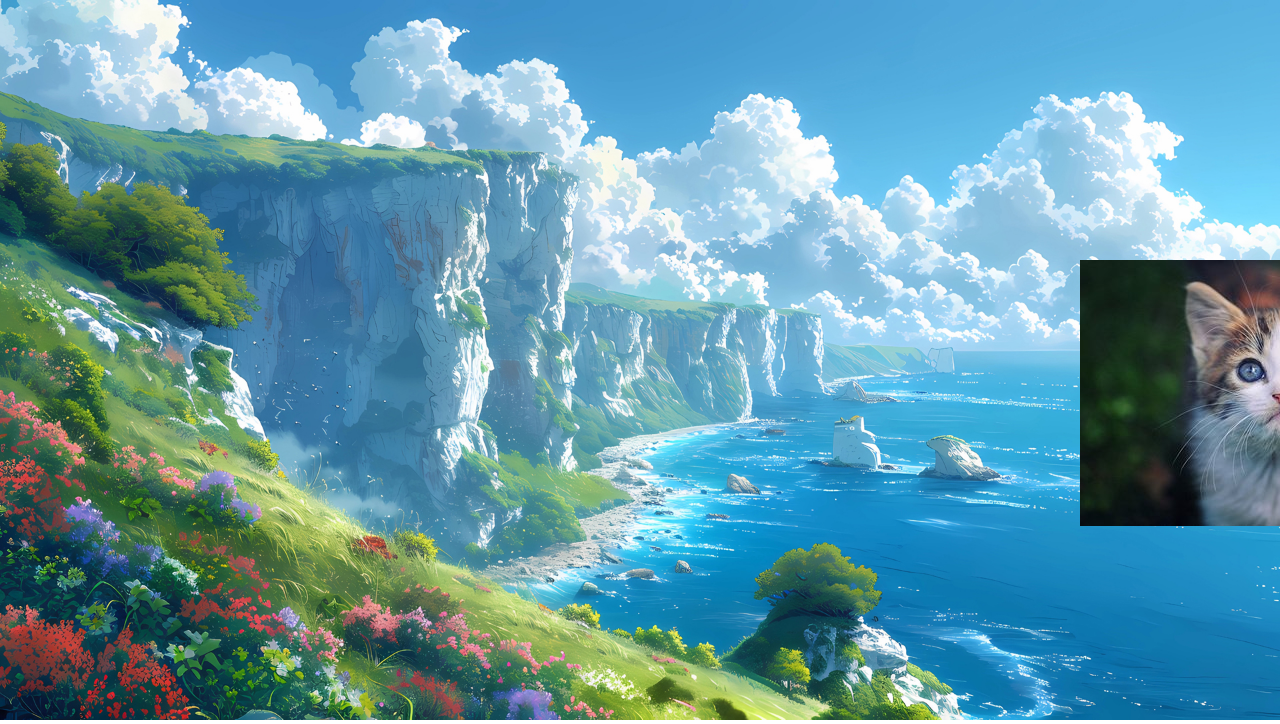
Repository: taoxiaofeng/hello-javascript
Page: master-class/position.html
The author's editor kept a copy of each file at every save. The page is drawn from the files as they stood at one save, then again after the next save.
The browser window is 1280 px wide. The pictures show the whole page.

Above is the page before, as saved 2024-07-29 21:57:47.

After the next save:
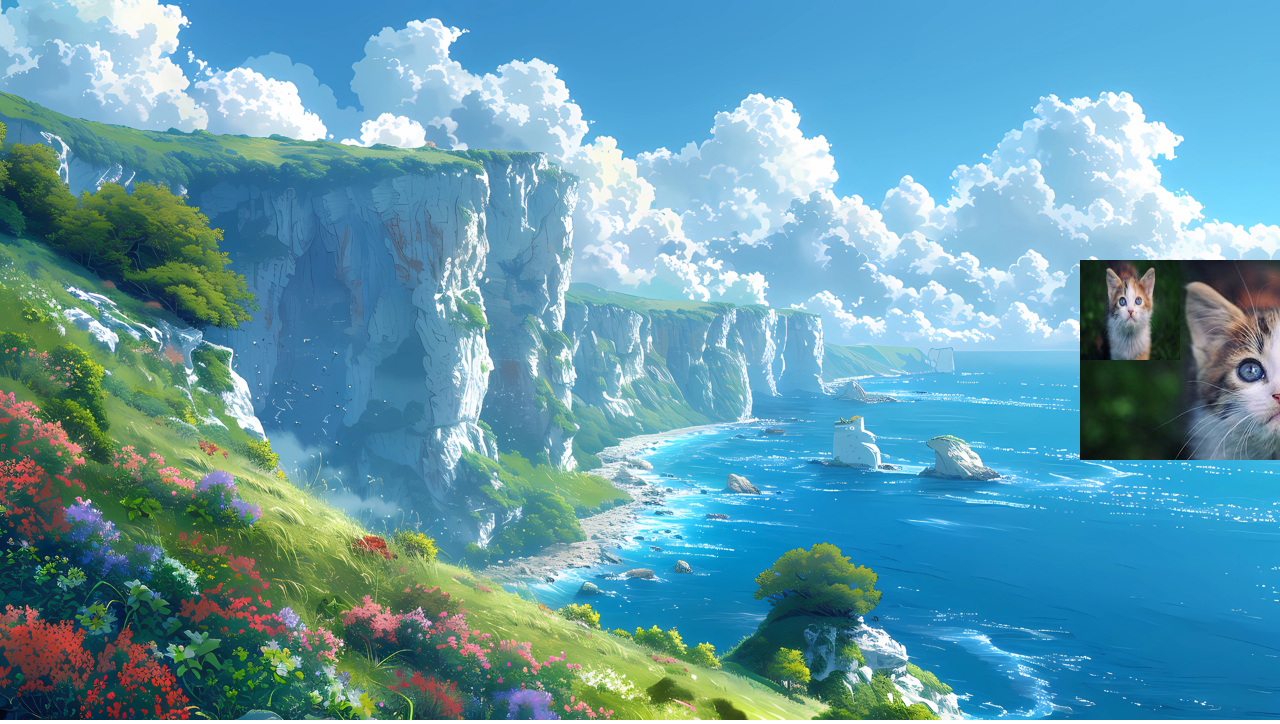
Saved 40 s later.
--- a/master-class/position.html
+++ b/master-class/position.html
@@ -66,7 +66,7 @@
   </div> -->
 
   <div class="cat">
-    <img src="./images/cat.jpg" alt="">
+    <img class="qrcode" src="./images/cat.jpg" alt="">
   </div>
 </body>
 
